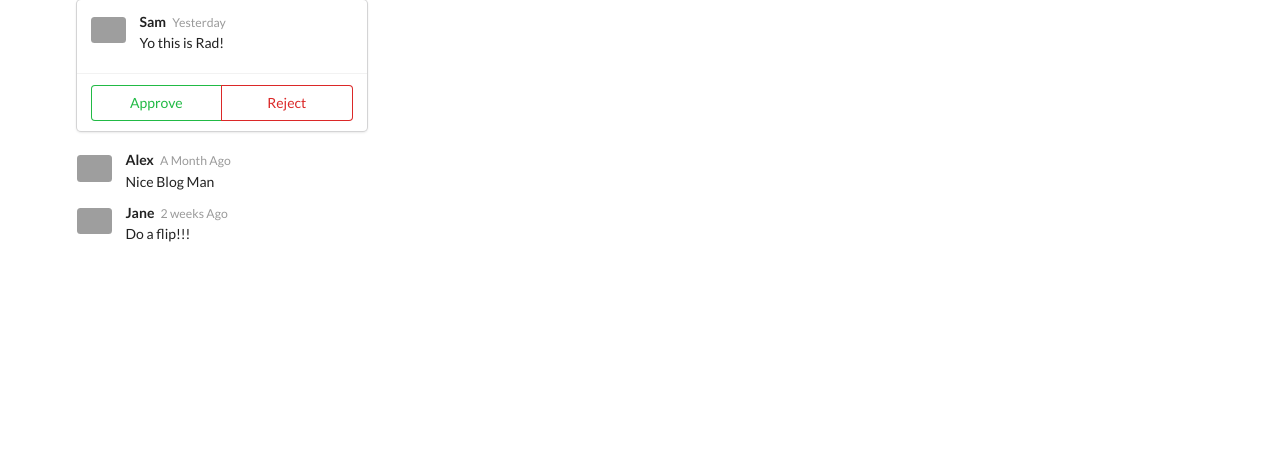
Repository: geedtd/udemyreact
Page: /
The author's editor kept a copy of each file at every save. The page is drawn from the files as they stood at one save, then again after the next save.
The browser window is 1280 px wide. The pictures show the whole page.
Pictures or frames that could not be fetched are drawn as grey boxes. The project was rebuilt for these pictures with package versions that can differ from the ones it lists, and the page was loaded fresh each time.

Above is the page before, as saved 2020-03-18 02:26:39.

After the next save:
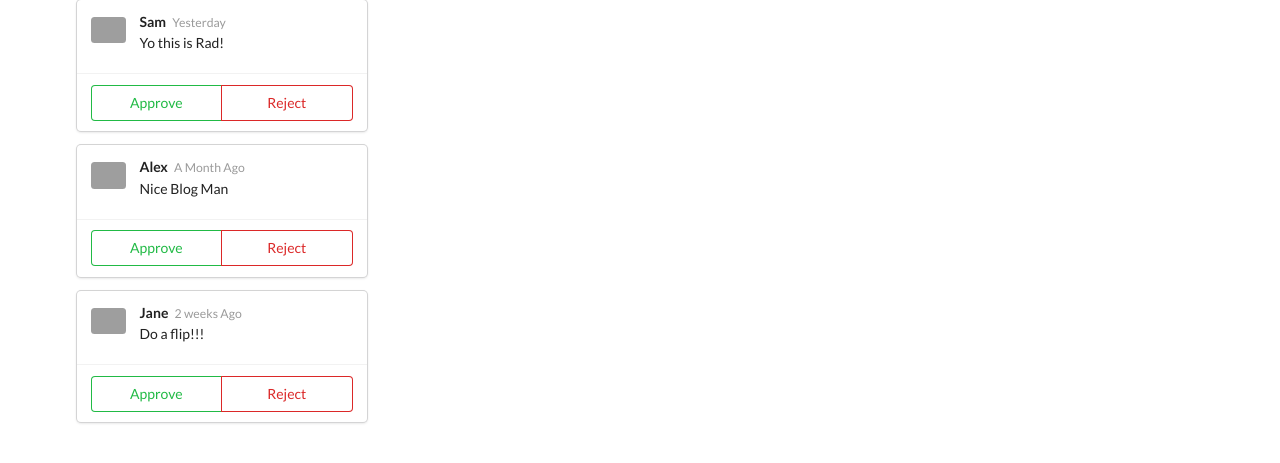
Saved 3 min 52 s later.
--- a/src/index.js
+++ b/src/index.js
@@ -7,7 +7,7 @@ import ApprovalCard from './ApprovalCard';
 const App = () => {
     return (
         <div className="ui container comments">
-            <ApprovalCard>
+            <ApprovalCard >
                 <CommentDetail
                 author="Sam"
                 timeAgo="Yesterday"
@@ -15,18 +15,22 @@ const App = () => {
                 avatarImage={faker.image.avatar()}
                 />
             </ApprovalCard>
-            <CommentDetail
-            author="Alex"
-            timeAgo="A Month Ago"
-            commentText="Nice Blog Man"
-            avatarImage={faker.image.avatar()}
-            />
+            <ApprovalCard>
+                <CommentDetail
+                author="Alex"
+                timeAgo="A Month Ago"
+                commentText="Nice Blog Man"
+                avatarImage={faker.image.avatar()}
+                />
+            </ApprovalCard>
+            <ApprovalCard>
             <CommentDetail
             author="Jane"
             timeAgo="2 weeks Ago"
             commentText="Do a flip!!!"
             avatarImage={faker.image.avatar()}
             />
+            </ApprovalCard>
         </div>
     );
 };
